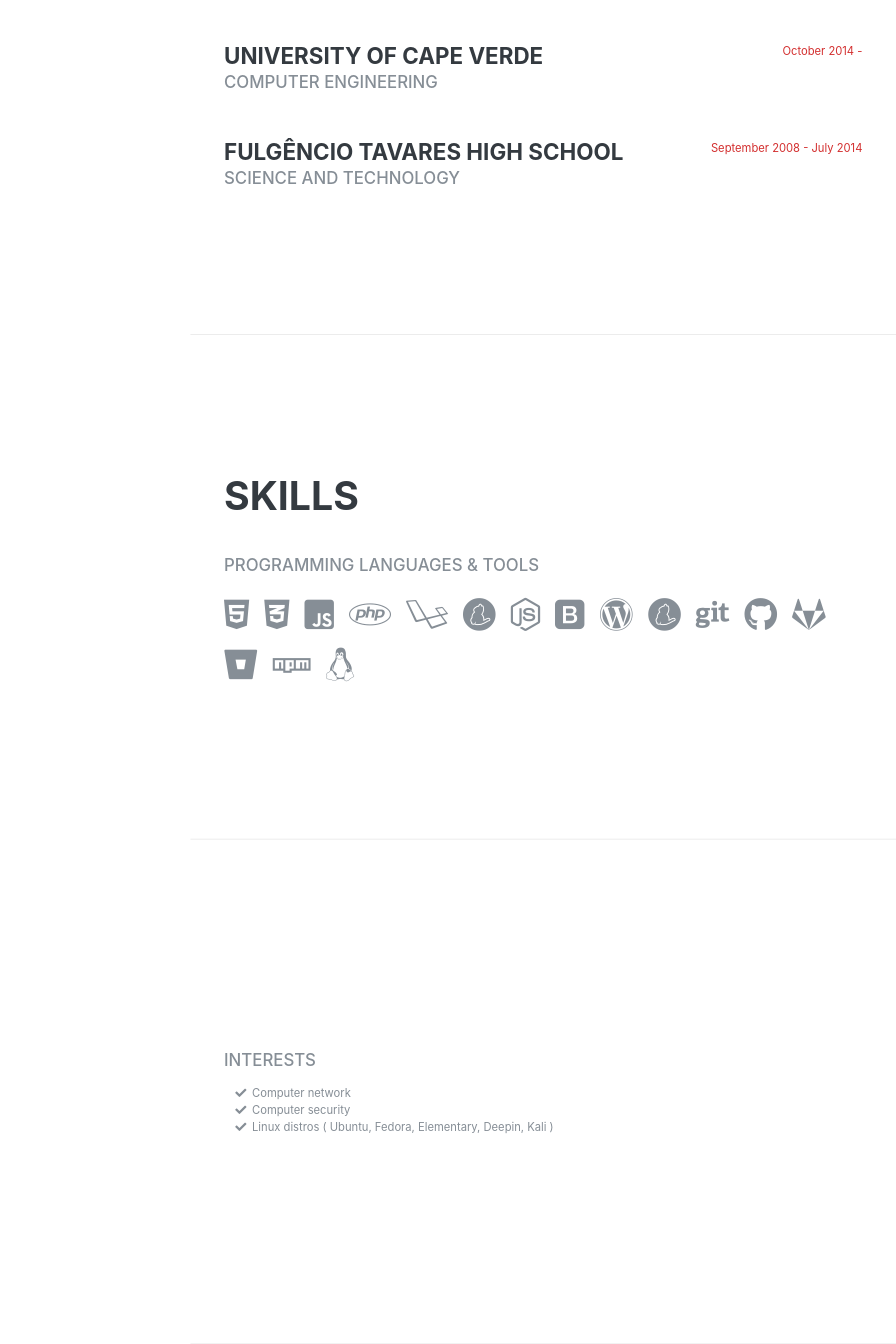
Repository: kcfurtado/kcfurtado.github.io
Page: index.html
An editor plug-in stored every save of this project. The page is shown before and after the next save, followed by the edit.
The browser window is 1280 px wide. The pictures show the part of the page from y = 1923 to 3843 px (the page is 3843 px tall), at 70% of full size.
Some web fonts or font styles are not loaded; a fallback is used.

Above is the page before, as saved 2020-04-04 12:35:06.

### index.html
<!DOCTYPE html>
<html lang="en">

<head>

  <meta charset="utf-8">
  <meta name="viewport" content="width=device-width, initial-scale=1, shrink-to-fit=no">
  <meta name="description" content="">
  <meta name="author" content="">

  <title>Kelton Furtado - Portfolio</title>

  <!-- Bootstrap core CSS -->
  <link href="vendor/bootstrap/css/bootstrap.min.css" rel="stylesheet">

  <!-- Custom fonts for this template -->
  <link href="https://fonts.googleapis.com/css?family=Saira+Extra+Condensed:500,700" rel="stylesheet">
  <link href="https://fonts.googleapis.com/css?family=Muli:400,400i,800,800i" rel="stylesheet">
  <link href="vendor/fontawesome-free/css/all.min.css" rel="stylesheet">

  <!-- Custom styles for this template -->
  <link href="css/resume.min.css" rel="stylesheet">

</head>

<body id="page-top">

  <nav class="navbar navbar-expand-lg navbar-dark bg-primary fixed-top" id="sideNav">
    <a class="navbar-brand js-scroll-trigger" href="#page-top">
      <span class="d-block d-lg-none">Kelton Furtado</span>
      <span class="d-none d-lg-block">
        <img class="img-fluid img-profile rounded-circle mx-auto mb-2" src="img/profile.png" alt="">
      </span>
    </a>
    <button class="navbar-toggler" type="button" data-toggle="collapse" data-target="#navbarSupportedContent" aria-controls="navbarSupportedContent" aria-expanded="false" aria-label="Toggle navigation">
      <span class="navbar-toggler-icon"></span>
    </button>
    <div class="collapse navbar-collapse" id="navbarSupportedContent">
      <ul class="navbar-nav">
        <li class="nav-item">
          <a class="nav-link js-scroll-trigger" href="#about">About</a>
        </li>
        <li class="nav-item">
          <a class="nav-link js-scroll-trigger" href="#experience">Experience</a>
        </li>
        <li class="nav-item">
          <a class="nav-link js-scroll-trigger" href="#education">Education</a>
        </li>
        <li class="nav-item">
          <a class="nav-link js-scroll-trigger" href="#skills">Skills</a>
        </li>
        <li class="nav-item">
          <a class="nav-link js-scroll-trigger" href="#interests">Interests</a>
        </li>
        <!-- <li class="nav-item">
          <a class="nav-link js-scroll-trigger" href="#awards">Awards</a>
        </li> -->
      </ul>
    </div>
  </nav>

  <div class="container-fluid p-0">

    <section class="resume-section p-3 p-lg-5 d-flex align-items-center" id="about">
      <div class="w-100">
        <h1 class="mb-0">Kelton
          <span class="text-primary">Furtado</span>
        </h1>
        <div class="subheading mb-5">Praia · Santiago · Cape Verde (+238) 599 52 45
          <a target="_blank" href="mailto:kelfurtado28@hotmail.com">kelfurtado28@hotmail.com</a>
        </div>
        <p class="lead mb-5">Im a Cape Verdean young programmer and computer , computer networks, computer security, linux and astronomy enthusiast. I am open to new experiences and challenges to improve as a professional and as a human being.</p>
        <div class="social-icons">
          <a target="_blank" href="https://linkedin.com/in/kelton-furtado">
            <i class="fab fa-linkedin-in"></i>
          </a>
          <a target="_blank" href="https://github.com/kcfurtado/">
            <i class="fab fa-github"></i>
          </a>
          <!--<a href="#">
            <i class="fab fa-twitter"></i>
          </a>-->
          <a target="_blank" href="https://www.facebook.com/kcafurtado">
            <i class="fab fa-facebook-f"></i>
          </a>
        </div>
      </div>
    </section>

    <hr class="m-0">

    <section class="resume-section p-3 p-lg-5 d-flex justify-content-center" id="experience">
      <div class="w-100">
        <h2 class="mb-5">Experience</h2>

        <div class="resume-item d-flex flex-column flex-md-row justify-content-between mb-5">
          <div class="resume-content">
            <h3 class="mb-0">Junior Fullstack Developer &amp; Analyst</h3>
            <div class="subheading mb-3">SITECH, S.A</div>
            <p></p>
            <div class="subheading mb-3">Tools, Techs and projects</div>
            <ul class="fa-ul mb-0">
              <li>
                <i class="fa-li fa fa-check"></i>
                <b>Tools:</b> Filezilla, sourcetree,cpanel, Sublim Text 3, Visual Studio Code and Insider
              </li>
              <li>
                <i class="fa-li fa fa-check"></i>
                <b>Techs:</b> Wordpress and Plugins, Woocommerce, Yii Framework 2, Laravel, ReactJs,  JavaScript, jquery, CSS3, HTML5, bootstrap, PHP, POO, MVC, MySQL, Git, Git-flow, Bitbucket
              </li>
              <li>
                <i class="fa-li fa fa-check"></i>
                <b>Projects:</b> Several project : <a href="#">FCF Website</a> , <a href="#">SITECH Website</a> , Sistema de Gestão de Preço, Backoffice SITA, E-Commerce
              </li>
            </ul>
          </div>
          <div class="resume-date text-md-right">
            <span class="text-primary">Febuary 2019 - Present</span>
          </div>
        </div>

        <div class="resume-item d-flex flex-column flex-md-row justify-content-between">
          <div class="resume-content">
            <h3 class="mb-0">Backend Developer Intern</h3>
            <div class="subheading mb-3">Bonako</div>
            <p> In few months i learn a lot about teamwork, real life employeement, software development and agile methods.</p>
            <div class="subheading mb-3">Tools, Techs and projects</div>
            <ul class="fa-ul mb-0">
              <li>
                <i class="fa-li fa fa-check"></i>
                <b>Tools:</b> Filezilla, sourcetree, Sublim Text 3, Visual Studio Code and Insider, Linux Distro Deepin
              </li>
              <li>
                <i class="fa-li fa fa-check"></i>
                <b>Techs:</b> Yii Framework 2, JavaScript, jquery, css3, html5, bootstrap, php, MVC, MySQL, Git, Git-flow, Bitbucket
              </li>
              <li>
                <i class="fa-li fa fa-check"></i>
                <b>Projects:</b> Several project : Music stream Web Application, Sport sponsorship and blog, News platform
              </li>
            </ul>
          </div>
          <div class="resume-date text-md-right">
            <span class="text-primary">September 2018 - Febuary 2019</span>
          </div>
        </div>

      </div>

    </section>

    <hr class="m-0">

    <section class="resume-section p-3 p-lg-5 d-flex align-items-center" id="education">
      <div class="w-100">
        <h2 class="mb-5">Education</h2>

        <div class="resume-item d-flex flex-column flex-md-row justify-content-between mb-5">
          <div class="resume-content">
            <h3 class="mb-0">University of Cape Verde</h3>
            <div class="subheading mb-3">Computer Engineering</div>
            <div></div>
            <p></p>
          </div>
          <div class="resume-date text-md-right">
            <span class="text-primary">October 2014 - </span>
          </div>
        </div>

        <div class="resume-item d-flex flex-column flex-md-row justify-content-between">
          <div class="resume-content">
            <h3 class="mb-0">Fulgêncio Tavares High School</h3>
            <div class="subheading mb-3">Science and Technology</div>
            <p></p>
          </div>
          <div class="resume-date text-md-right">
            <span class="text-primary">September 2008 - July 2014</span>
          </div>
        </div>

      </div>
    </section>

    <hr class="m-0">

    <section class="resume-section p-3 p-lg-5 d-flex align-items-center" id="skills">
      <div class="w-100">
        <h2 class="mb-5">Skills</h2>

        <div class="subheading mb-3">Programming Languages &amp; Tools</div>
        <ul class="list-inline dev-icons">
          <li class="list-inline-item">
            <i class="fab fa-html5"></i>
          </li>
          <li class="list-inline-item">
            <i class="fab fa-css3-alt"></i>
          </li>
          <li class="list-inline-item">
            <i class="fab fa-js-square"></i>
          </li>
          <li class="list-inline-item">
            <i class="fab fa-php"></i>
          </li>
          <li class="list-inline-item">
            <i class="fab fa-laravel"></i>
          </li>
          <li class="list-inline-item">
            <i class="fab fa-yarn"></i>
          </li>
          <li class="list-inline-item">
            <i class="fab fa-node-js"></i>
          </li>
          <li class="list-inline-item">
            <i class="fab fa-bootstrap"></i>
          </li>
          <li class="list-inline-item">
            <i class="fab fa-wordpress"></i>
          </li>
          <li class="list-inline-item">
            <i class="fab fa-yarn"></i>
          </li>
          <li class="list-inline-item">
            <i class="fab fa-git"></i>
          </li>
          <li class="list-inline-item">
            <i class="fab fa-github"></i>
          </li>
          <li class="list-inline-item">
            <i class="fab fa-gitlab"></i>
          </li>
          <li class="list-inline-item">
            <i class="fab fa-bitbucket"></i>
          </li>
          <li class="list-inline-item">
            <i class="fab fa-npm"></i>
          </li>
          <li class="list-inline-item">
            <i class="fab fa-linux"></i>
          </li>
        </ul>

        <!--<div class="subheading mb-3">Workflow</div>
        <ul class="fa-ul mb-0">
          <li>
            <i class="fa-li fa fa-check"></i>
            Web-First, Responsive Design</li>
          <li>
            <i class="fa-li fa fa-check"></i>
            Cross Browser Testing &amp; Debugging</li>
          <li>
            <i class="fa-li fa fa-check"></i>
            Cross Functional Teams</li>
          <!--<li>
            <i class="fa-li fa fa-check"></i>
            Agile Development &amp; Scrum</li>-->
        </ul>
      </div>
    </section>

    <hr class="m-0">

    <section class="resume-section p-3 p-lg-5 d-flex align-items-center" id="interests">
      <div class="w-100">
        <div class="subheading mb-3">Interests</div>
        <ul class="fa-ul mb-0">
          <li>
            <i class="fa-li fa fa-check"></i> Computer network
          </li>
          <li>
            <i class="fa-li fa fa-check"></i> Computer security
          </li>
          <li>
            <i class="fa-li fa fa-check"></i> Linux distros ( Ubuntu, Fedora, Elementary, Deepin, Kali )
          </li>
        </ul>

      </div>
    </section>

    <hr class="m-0">

    <!--<section class="resume-section p-3 p-lg-5 d-flex align-items-center" id="awards">
      <div class="w-100">
        <h2 class="mb-5">Awards &amp; Certifications</h2>
        <ul class="fa-ul mb-0">
          <li>
            <i class="fa-li fa fa-trophy text-warning"></i>
            Google Analytics Certified Developer</li>
          <li>
            <i class="fa-li fa fa-trophy text-warning"></i>
            Mobile Web Specialist - Google Certification</li>
          <li>
            <i class="fa-li fa fa-trophy text-warning"></i>
            1<sup>st</sup>
            Place - University of Colorado Boulder - Emerging Tech Competition 2009</li>
          <li>
            <i class="fa-li fa fa-trophy text-warning"></i>
            1<sup>st</sup>
            Place - University of Colorado Boulder - Adobe Creative Jam 2008 (UI Design Category)</li>
          <li>
            <i class="fa-li fa fa-trophy text-warning"></i>
            2<sup>nd</sup>
            Place - University of Colorado Boulder - Emerging Tech Competition 2008</li>
          <li>
            <i class="fa-li fa fa-trophy text-warning"></i>
            1<sup>st</sup>
            Place - James Buchanan High School - Hackathon 2006</li>
          <li>
            <i class="fa-li fa fa-trophy text-warning"></i>
            3<sup>rd</sup>
            Place - James Buchanan High School - Hackathon 2005</li>
        </ul>
      </div>
    </section>
  -->

  </div>

  <!-- Bootstrap core JavaScript -->
  <script src="vendor/jquery/jquery.min.js"></script>
  <script src="vendor/bootstrap/js/bootstrap.bundle.min.js"></script>

  <!-- Plugin JavaScript -->
  <script src="vendor/jquery-easing/jquery.easing.min.js"></script>

  <!-- Custom scripts for this template -->
  <script src="js/resume.min.js"></script>

</body>

</html>

### css/resume.min.css
/*!
 * Start Bootstrap - Resume v5.0.8 (https://startbootstrap.com/template-overviews/resume)
 * Copyright 2013-2019 Start Bootstrap
 * Licensed under MIT (https://github.com/BlackrockDigital/startbootstrap-resume/blob/master/LICENSE)
 */body{font-family:Muli,-apple-system,BlinkMacSystemFont,'Segoe UI',Roboto,'Helvetica Neue',Arial,sans-serif,'Apple Color Emoji','Segoe UI Emoji','Segoe UI Symbol','Noto Color Emoji';padding-top:54px;color:#868e96}@media (min-width:992px){body{padding-top:0;padding-left:17rem}}h1,h2,h3,h4,h5,h6{font-family:'Saira Extra Condensed',-apple-system,BlinkMacSystemFont,'Segoe UI',Roboto,'Helvetica Neue',Arial,sans-serif,'Apple Color Emoji','Segoe UI Emoji','Segoe UI Symbol','Noto Color Emoji';font-weight:700;text-transform:uppercase;color:#343a40}h1{font-size:6rem;line-height:5.5rem}h2{font-size:3.5rem}h3{font-size:2rem}p.lead{font-size:1.15rem;font-weight:400}.subheading{text-transform:uppercase;font-weight:500;font-family:'Saira Extra Condensed',-apple-system,BlinkMacSystemFont,'Segoe UI',Roboto,'Helvetica Neue',Arial,sans-serif,'Apple Color Emoji','Segoe UI Emoji','Segoe UI Symbol','Noto Color Emoji';font-size:1.5rem}.social-icons a{display:inline-block;height:3.5rem;width:3.5rem;background-color:#495057;color:#fff!important;border-radius:100%;text-align:center;font-size:1.5rem;line-height:3.5rem;margin-right:1rem}.social-icons a:last-child{margin-right:0}.social-icons a:hover{background-color:#d32f2f}.dev-icons{font-size:3rem}.dev-icons .list-inline-item i:hover{color:#d32f2f}#sideNav .navbar-nav .nav-item .nav-link{font-weight:800;letter-spacing:.05rem;text-transform:uppercase}#sideNav .navbar-toggler:focus{outline-color:#9a0007}@media (min-width:992px){#sideNav{text-align:center;position:fixed;top:0;left:0;display:flex;flex-direction:column;width:17rem;height:100vh}#sideNav .navbar-brand{display:flex;margin:auto auto 0;padding:.5rem}#sideNav .navbar-brand .img-profile{max-width:10rem;max-height:10rem;border:.5rem solid rgba(255,255,255,.2)}#sideNav .navbar-collapse{display:flex;align-items:flex-start;flex-grow:0;width:100%;margin-bottom:auto}#sideNav .navbar-collapse .navbar-nav{flex-direction:column;width:100%}#sideNav .navbar-collapse .navbar-nav .nav-item{display:block}#sideNav .navbar-collapse .navbar-nav .nav-item .nav-link{display:block}}section.resume-section{padding-top:5rem!important;padding-bottom:5rem!important;max-width:75rem}section.resume-section .resume-item .resume-date{min-width:none}@media (min-width:768px){section.resume-section{min-height:100vh}section.resume-section .resume-item .resume-date{min-width:18rem}}@media (min-width:992px){section.resume-section{padding-top:3rem!important;padding-bottom:3rem!important}}.bg-primary{background-color:#d32f2f!important}.text-primary{color:#d32f2f!important}a{color:#d32f2f}a:active,a:focus,a:hover{color:#9a0007}

Loaded but not shown: vendor/bootstrap/css/bootstrap.min.css (library); vendor/fontawesome-free/css/all.min.css (library); vendor/jquery/jquery.min.js (library); vendor/bootstrap/js/bootstrap.bundle.min.js (library); vendor/jquery-easing/jquery.easing.min.js (common file); js/resume.min.js (common file)

After the next save:
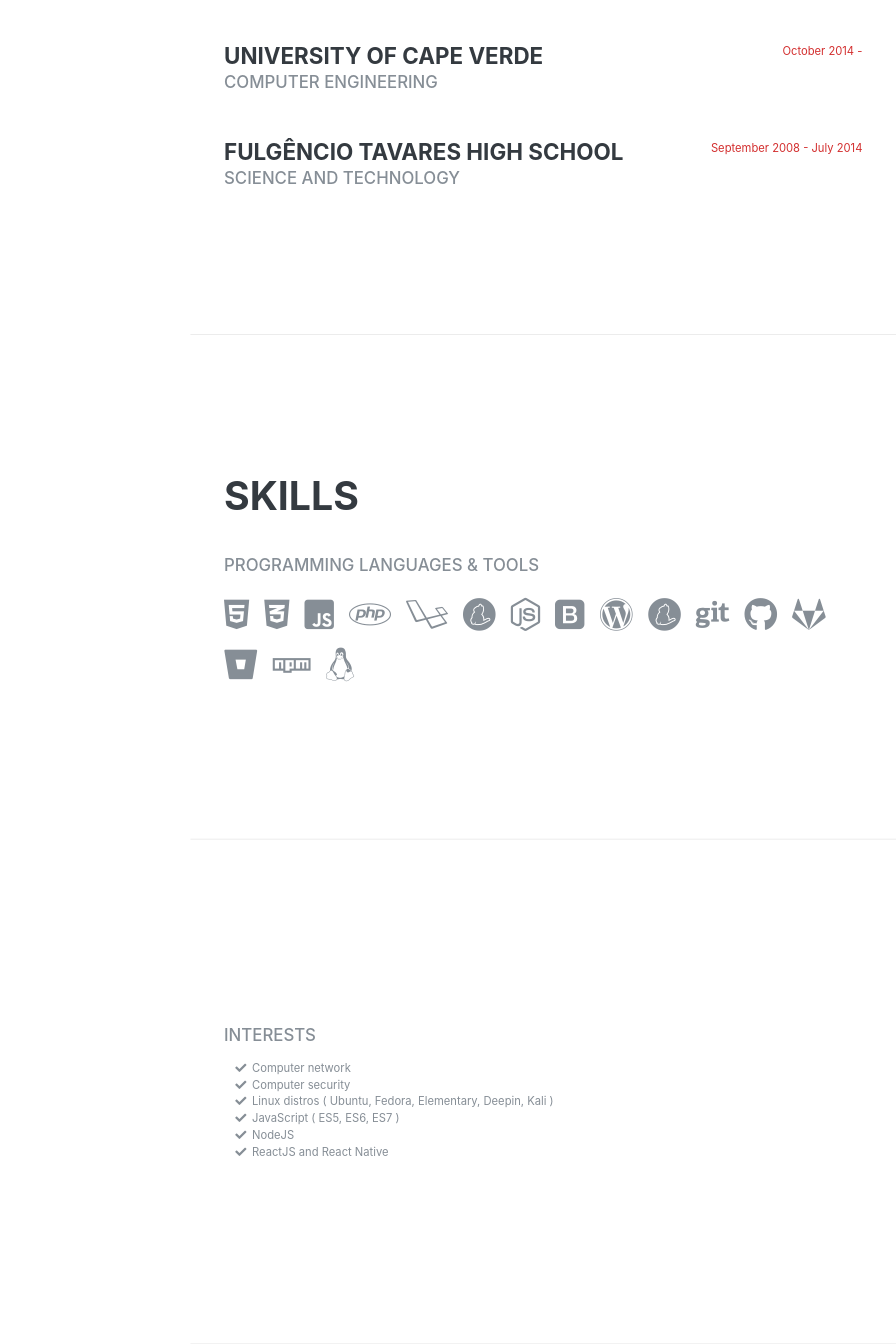
Saved 102 s later.
--- a/index.html
+++ b/index.html
@@ -272,6 +272,15 @@
           <li>
             <i class="fa-li fa fa-check"></i> Linux distros ( Ubuntu, Fedora, Elementary, Deepin, Kali )
           </li>
+          <li>
+            <i class="fa-li fa fa-check"></i> JavaScript ( ES5, ES6, ES7 )
+          </li>
+          <li>
+            <i class="fa-li fa fa-check"></i> NodeJS
+          </li>
+          <li>
+            <i class="fa-li fa fa-check"></i> ReactJS and React Native
+          </li>
         </ul>
 
       </div>
